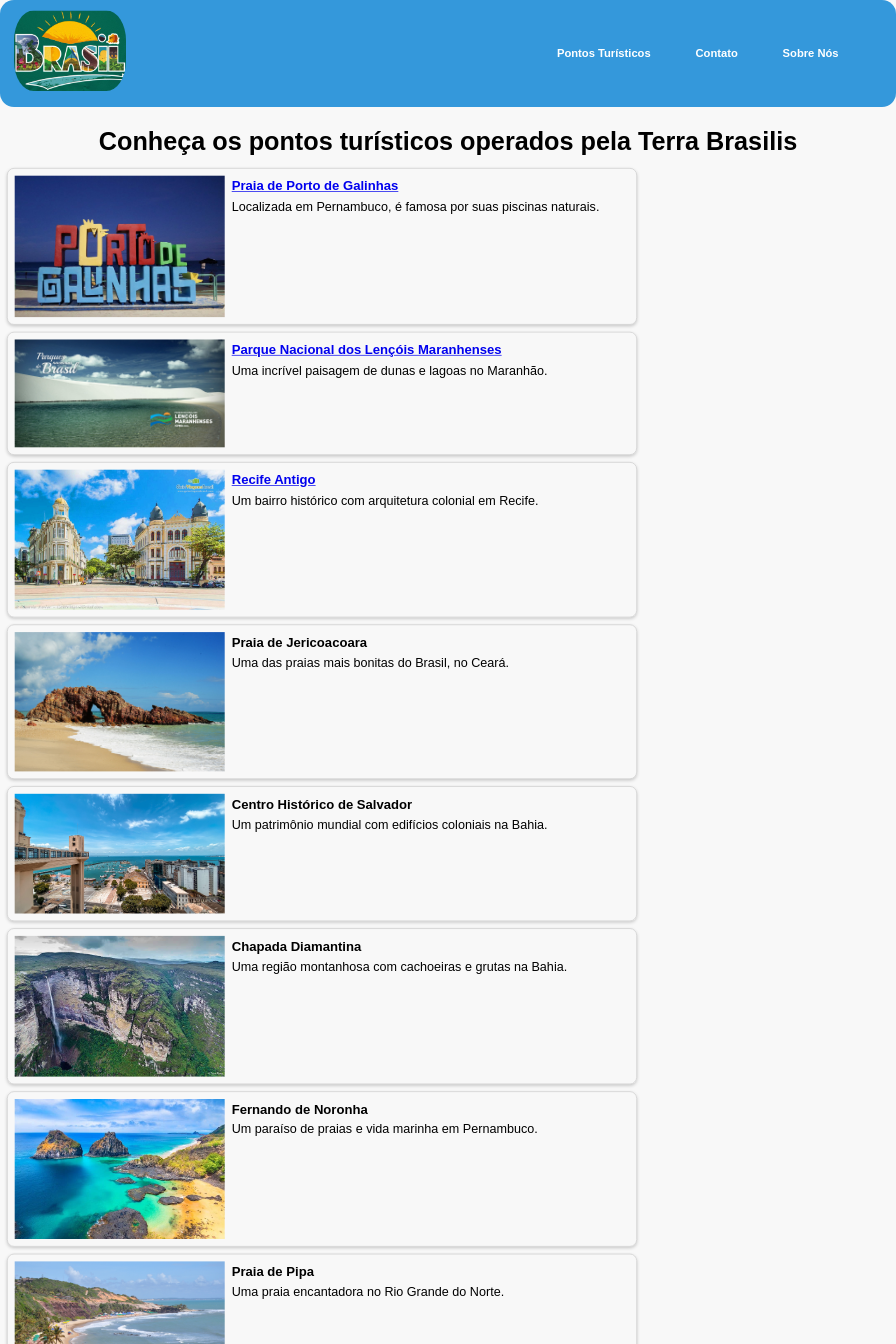
Repository: rodrigototy/ETE-PE
Page: tourism-agency/pages/pontos_turisticos.html
The author's editor kept a copy of each file at every save. The page is drawn from the files as they stood at one save, then again after a run of saves.
The browser window is 1280 px wide. The pictures show the part of the page from y = 0 to 1920 px (the page is 2580 px tall), at 70% of full size.

Above is the page before, as saved 2024-04-04 22:46:51.

### tourism-agency/pages/pontos_turisticos.html
<!DOCTYPE html>
<html lang="pt-BR">
  <head>
    <meta charset="UTF-8" />
    <meta name="viewport" content="width=device-width, initial-scale=1.0" />
    <link
      rel="shortcut icon"
      href="../static/img/favicon.ico"
      type="image/x-icon"
    />
    <link rel="stylesheet" href="../static/css/style-pontos.css" />
    <title>Pontos Turísticos no Nordeste</title>
    <script src="../static/js/submain.js" defer></script>
  </head>
  <body>
    <div id="header"></div>
    <main>
      <div class="subtitle">
        <h1>Conheça os pontos turísticos operados pela Terra Brasilis</h1>
      </div>
      <div class="card">
        <img
          src="../static/img/porto-de-galinhas.jpg"
          alt="Praia de Porto de Galinhas"
        />
        <div class="texto">
          <h3><a href="porto-galinhas.html">Praia de Porto de Galinhas</a></h3>
          <p>Localizada em Pernambuco, é famosa por suas piscinas naturais.</p>
        </div>
      </div>

      <div class="card">
        <img
          src="../static/img/parque_lencois.jpg"
          alt="Parque Nacional dos Lençóis Maranhenses"
        />
        <div class="texto">
          <h3>
            <a href="lencois-maranhenses.html"
              >Parque Nacional dos Lençóis Maranhenses</a
            >
          </h3>
          <p>Uma incrível paisagem de dunas e lagoas no Maranhão.</p>
        </div>
      </div>

      <div class="card">
        <img src="../static/img/recife-antigo.jpg" alt="Recife Antigo" />
        <div class="texto">
          <h3><a href="marco-zero.html">Recife Antigo</a></h3>
          <p>Um bairro histórico com arquitetura colonial em Recife.</p>
        </div>
      </div>

      <div class="card">
        <img
          src="../static/img/praia-jericoacoara.jpeg"
          alt="Praia de Jericoacoara"
        />
        <div class="texto">
          <h3>Praia de Jericoacoara</h3>
          <p>Uma das praias mais bonitas do Brasil, no Ceará.</p>
        </div>
      </div>

      <div class="card">
        <img
          src="../static/img/centro-salvador.jpg"
          alt="Centro Histórico de Salvador"
        />
        <div class="texto">
          <h3>Centro Histórico de Salvador</h3>
          <p>Um patrimônio mundial com edifícios coloniais na Bahia.</p>
        </div>
      </div>

      <div class="card">
        <img
          src="../static/img/chapada-diamantina.jpg"
          alt="Chapada Diamantina"
        />
        <div class="texto">
          <h3>Chapada Diamantina</h3>
          <p>Uma região montanhosa com cachoeiras e grutas na Bahia.</p>
        </div>
      </div>

      <div class="card">
        <img
          src="../static/img/fernando-de-noronha.jpg"
          alt="Fernando de Noronha"
        />
        <div class="texto">
          <h3>Fernando de Noronha</h3>
          <p>Um paraíso de praias e vida marinha em Pernambuco.</p>
        </div>
      </div>

      <div class="card">
        <img src="../static/img/praia-de-pipa.jpg" alt="Praia de Pipa" />
        <div class="texto">
          <h3>Praia de Pipa</h3>
          <p>Uma praia encantadora no Rio Grande do Norte.</p>
        </div>
      </div>

      <div class="card">
        <img
          src="../static/img/delta-do-parnaíba.jpg"
          alt="Delta do Parnaíba"
        />
        <div class="texto">
          <h3>Delta do Parnaíba</h3>
          <p>Um delta de rios e manguezais no Piauí.</p>
        </div>
      </div>

      <div class="card">
        <img src="../static/img/porto-seguro.jpg" alt="Porto Seguro" />
        <div class="texto">
          <h3>Porto Seguro</h3>
          <p>Um destino histórico e de praias na Bahia.</p>
        </div>
      </div>
    </main>
    <div id="footer"></div>
  </body>
</html>

### tourism-agency/static/css/style-pontos.css
/* Reset de estilos padrão */
@import url('modules/module-reset.css');

/* Estilos globais */
@import url('modules/module-global.css');

/* Estilizar o header */
@import url('modules/module-header.css');

/* Estilizar o footer */
@import url('modules/module-footer.css');

/* Estilizar o h1 do main */
@import url('modules/module-main.css');

/* Estilizar os page cards */
@import url('modules/module-page-cards.css');

### tourism-agency/static/js/submain.js
document.addEventListener("DOMContentLoaded", function () {
  const header = document.getElementById("header");
  const footer = document.getElementById("footer");

  // Carrega o header
  fetch("../static/templates/submain/header.html")
    .then((response) => response.text())
    .then((data) => {
      header.innerHTML = data;
    });

  // Carrega o footer
  fetch("../static/templates/submain/footer.html")
    .then((response) => response.text())
    .then((data) => {
      footer.innerHTML = data;
    });
});

### tourism-agency/static/css/modules/module-reset.css
/* Reset de estilos padrão */
* {
    margin: 0;
    padding: 0;
    box-sizing: border-box;
  }

### tourism-agency/static/css/modules/module-global.css
/* Estilos globais */
body {
    font-family: Arial, sans-serif;
    background-color: #f8f8f8;
    line-height: 1.6;
    margin: 0;
  }

  .container {
    max-width: 1200px;
    margin: 0 auto;
    padding: 20px;
    border-radius: 20px;
  }

### tourism-agency/static/css/modules/module-header.css
/* Estilizar o header */
header {
  background-color: #3498db;
  color: #fff;
  padding: 10px 0;
  border-radius: 20px;
  display: flex;
  justify-content: space-between;
  align-items: center;
}

header img {
  max-width: 100%;
  height: auto;
  padding: 5px 20px;
  border-radius: 3rem;
}

nav {
  padding: 10px 50px;
}

nav ul {
  list-style: none;
  display: flex;
  display: flex;
  justify-self: center;
  margin: 0;
}

nav ul li {
  margin-left: 20px;
  text-align: center;
  margin: 2rem;
}

nav ul li a {
  text-decoration: none;
  color: #fff;
  font-weight: bold;
}

### tourism-agency/static/css/modules/module-footer.css
/* Estilizar o footer */
footer {
  background-color: #333;
  color: #fff;
  text-align: center;
  padding: 10px;
  display: flex;
  flex-direction: column;
  border-radius: 20px;
}

footer img {
  padding: 5px 20px;
  border-radius: 3rem;
}

footer p {
  margin: 0px;
}

footer a {
  text-decoration: none;
  color: #fff;
  font-weight: bold;
}

footer ul {
  list-style: none;
  display: flex;
  justify-content: flex-end;
}

footer li {
  margin-left: 10px;
}

.about {
  display: flex;
  align-items: center;
}

.about img {
  border-radius: 2rem;
}

### tourism-agency/static/css/modules/module-main.css
/* Estilizar o h1 do main */
main h1 {
    font-size: 36px;
    margin: 20px 0 0 0;
    text-align: center;
  }

### tourism-agency/static/css/modules/module-page-cards.css
/* Estilos do texto principal */
p {
  font-size: 18px;
  margin-bottom: 20px;
}

/* Estilos dos subtítulos (h2) */
h2 {
  font-size: 28px;
  margin-top: 20px;
  margin-bottom: 10px;
}

/* Estilos da lista de pontos turísticos */
ul {
  list-style-type: disc;
  margin-left: 20px;
  margin-bottom: 20px;
}

li {
  margin-bottom: 10px;
}

.card {
  display: flex;
  border: 1px solid #ccc;
  padding: 10px;
  margin: 10px;
  box-shadow: 0 2px 5px rgba(0, 0, 0, 0.2);
  border-radius: 10px;
  max-width: 900px;
}

.card img {
  max-width: 300px;
  height: auto;
}

.texto {
  display: flex;
  flex-direction: column;
  align-content: flex-start;
  padding-left: 10px;
}

### tourism-agency/static/templates/submain/header.html
<header>
  <a href="../index.html">
    <img
      src="../static/img/logo-agency.png"
      alt="Logotipo Terra Brasilis"
      width="200"
    />
  </a>
  <nav>
    <ul>
      <li><a href="pontos_turisticos.html">Pontos Turísticos</a></li>
      <li><a href="contato.html">Contato</a></li>
      <li><a href="about.html">Sobre Nós</a></li>
    </ul>
  </nav>
</header>

### tourism-agency/static/templates/submain/footer.html

<footer>
    <div class="about">
      <img src="../static/img/logo-agency.png" alt="Logotipo Terra Brasilis" height="120"/>
      <div>
        <h2>Sobre nós</h2>
        <p>
          Terra Brasilis é um site que ajuda você a planejar sua viagem dentro
          do Brasil, desde a compra das passagens, até a visita aos pontos
          turísticos mais importantes de cada região!
        </p>
      </div>
      <div class="redes">
        <p>Siga-nos nas redes sociais</p>
      <ul>
        <li><a href="https://facebook.com">Facebook</a></li>
        <li><a href="https://instagram.com">Instagram</a></li>
        <li><a href="https://linkedin.com">Linkedin</a></li>
      </ul></div>
    </div>
    <a class="repository"
      href="https://github.com/rodrigototy/ETE-PE/tree/main/tourism-agency"
      >Veja o repositório da página no GitHub</a>
  </footer>

After the next 2 saves:
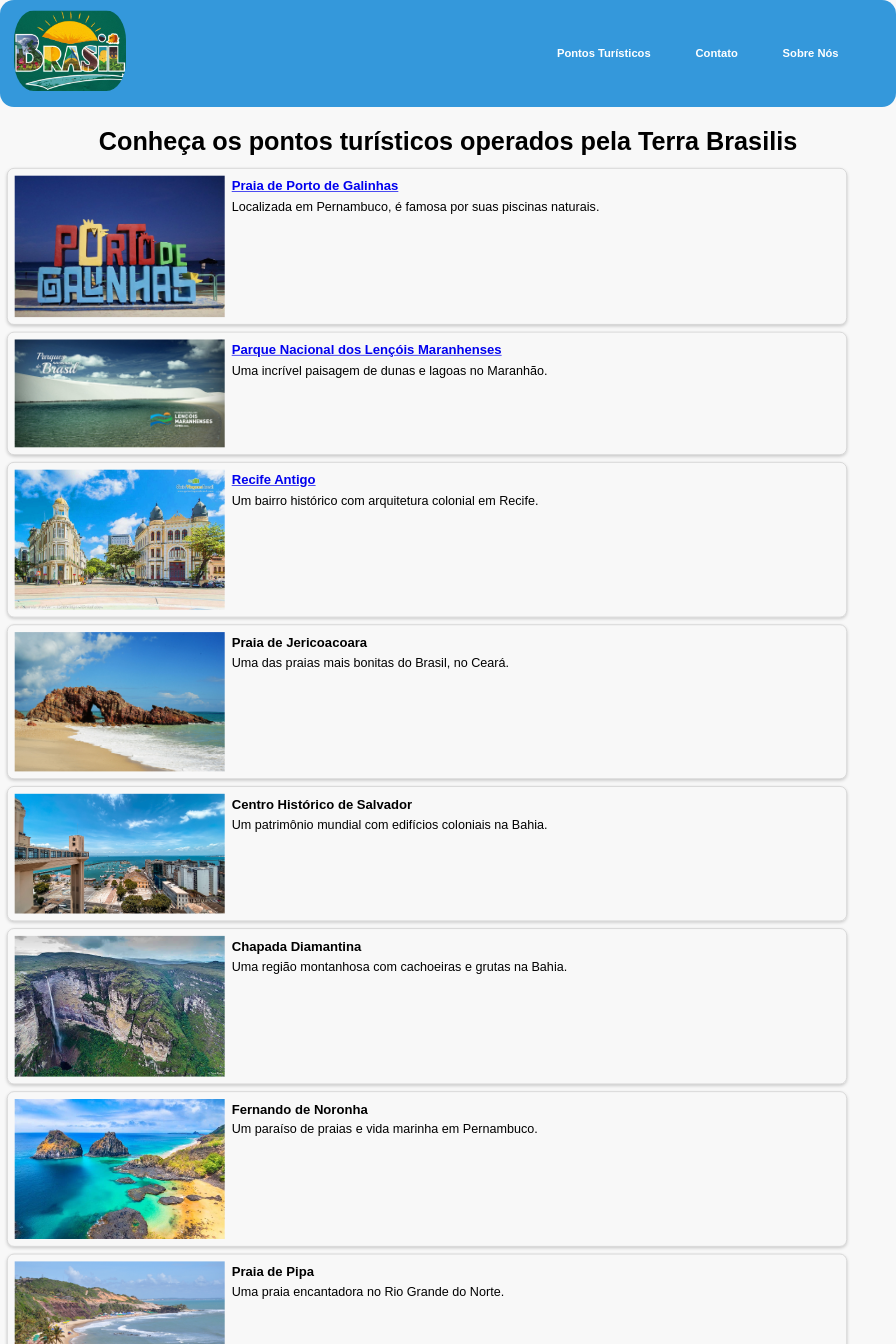
The 2 saves are shown as one change because they came seconds apart.
The last was saved 9 s later.
--- a/tourism-agency/static/css/modules/module-page-cards.css
+++ b/tourism-agency/static/css/modules/module-page-cards.css
@@ -29,7 +29,7 @@ li {
   margin: 10px;
   box-shadow: 0 2px 5px rgba(0, 0, 0, 0.2);
   border-radius: 10px;
-  max-width: 900px;
+  max-width: 1200px;
 }
 
 .card img {
